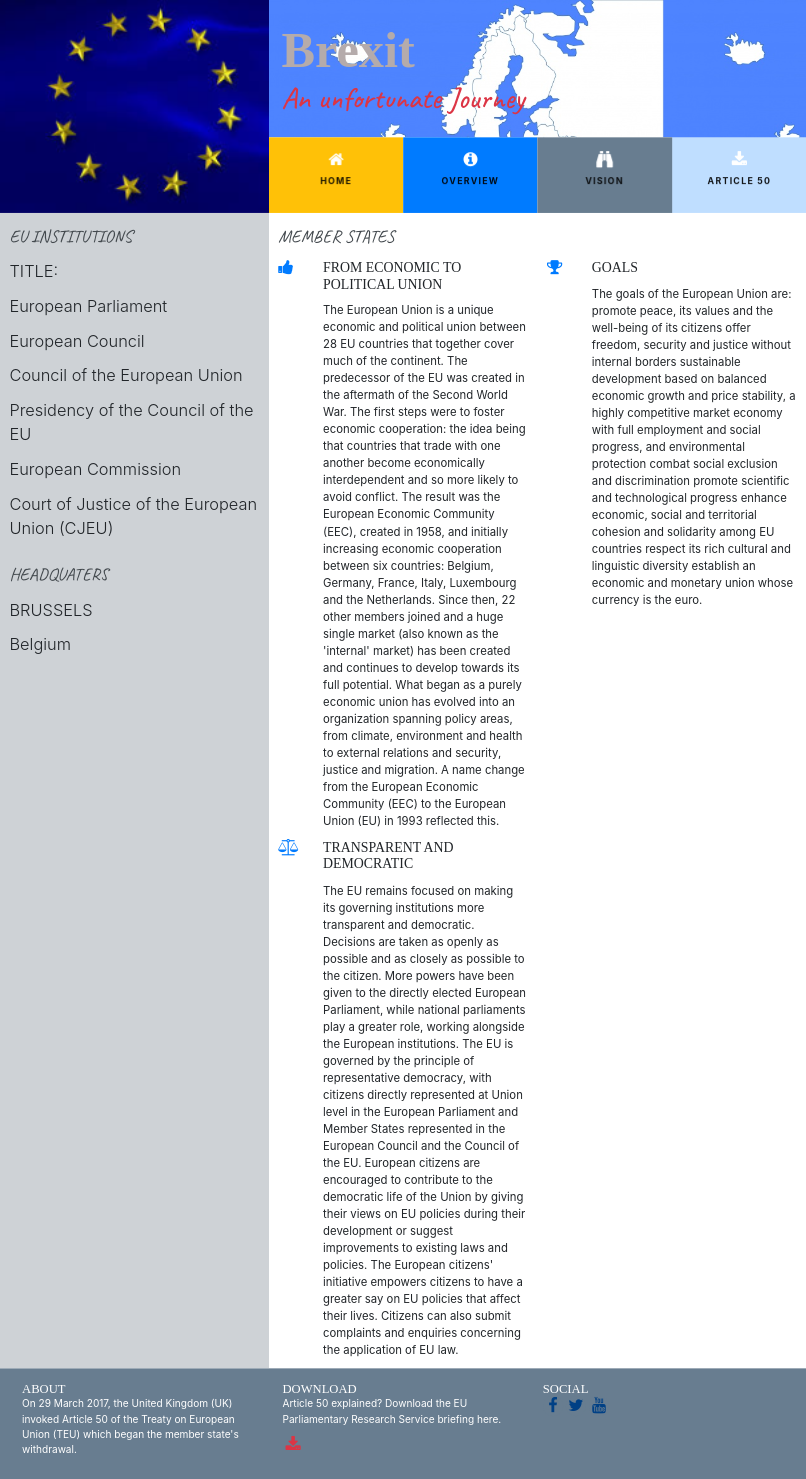
Repository: isiko1/Milestone_Project_One
Page: index.html
The author's editor kept a record of every edit. The page is drawn from the files as they stood at one moment, then again after the next edit.
The browser window is 1280 px wide. The pictures show the whole page, at 63% of full size.
Some web fonts or font styles are not loaded; a fallback is used.

Above is the page before.

After the next edit:
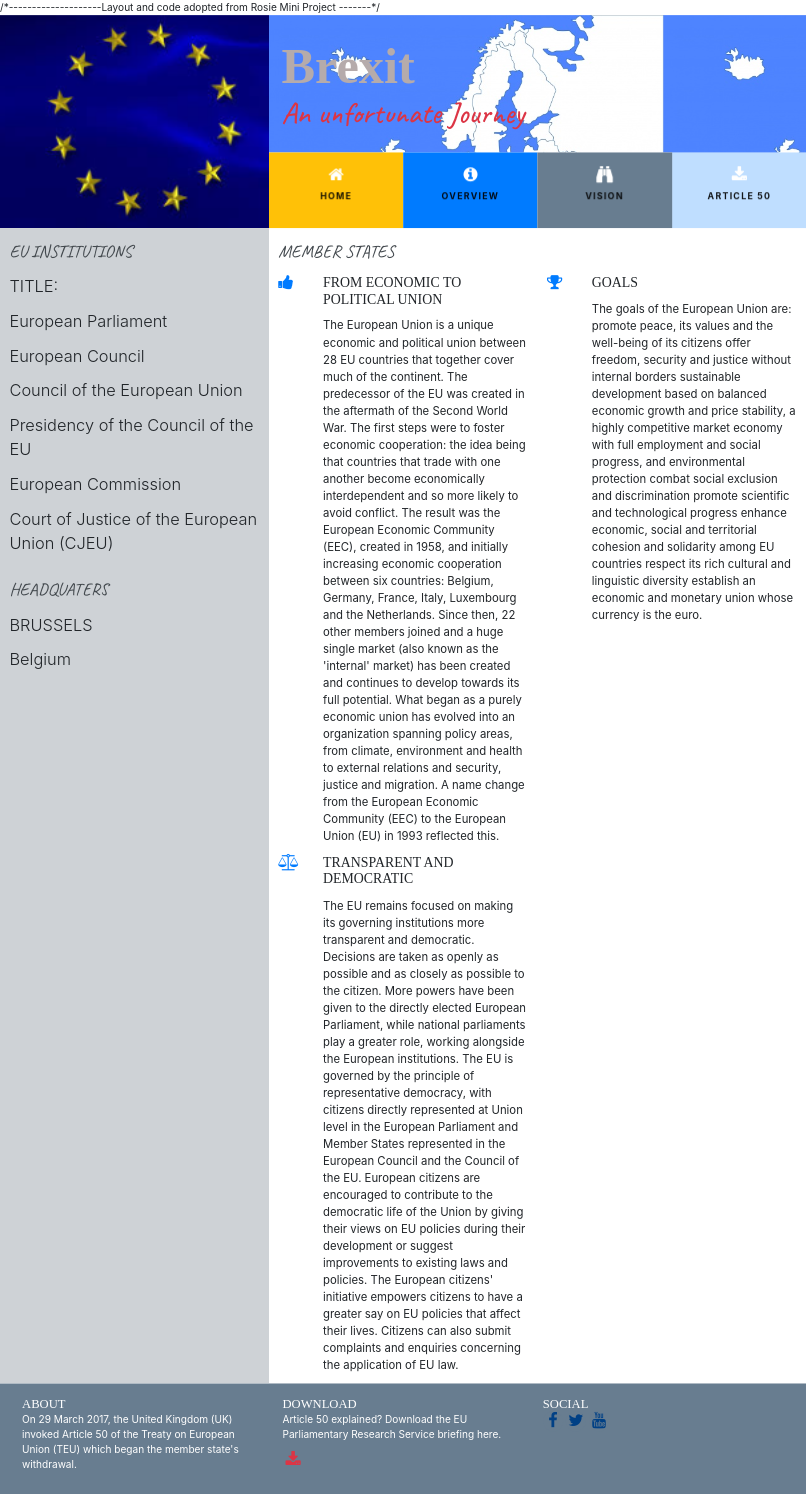
The edit:
--- a/index.html
+++ b/index.html
@@ -1,6 +1,6 @@
 <!DOCTYPE html>
 <html lang="en">
-
+/*--------------------Layout and code adopted from Rosie Mini Project -------*/
 <head>
     <meta charset="UTF-8">
     <meta name="viewport" content="width=device-width, initial-scale=1.0">
